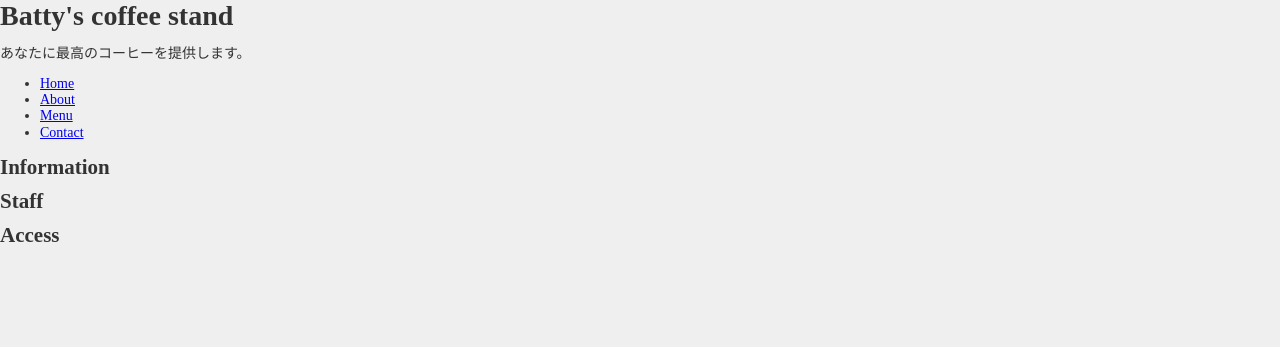
Repository: kai-hosoi/techboost
Page: html/batty_coffee_stand/index.html
The author's editor kept a record of every edit. The page is drawn from the files as they stood at one moment, then again after the next edit.
The browser window is 1280 px wide. The pictures show the whole page.

Above is the page before.

### html/batty_coffee_stand/index.html
<!DOCTYPE HTML>
<html>
  <head>
    <meta charset="UTF-8">
    <title>Batty's Coffee Stand</title>
    <link rel="stylesheet" href="css/normalize.css">
    <link rel="stylesheet" href="css/style.css">
  </head>
  <body>
    <header>
      <div class="container">
        <div class="header-title-area">
          <h1 class="logo">Batty's coffee stand</h1>
          <p class="text-sub">あなたに最高のコーヒーを提供します。</p>
          <ul class="header-navigation">
            <li><a href="#">Home</a></li>
            <li><a href="#">About</a></li>
            <li><a href="#">Menu</a></li>
            <li><a href="#">Contact</a></li>
          </ul>

        </div>
      </div>
    </header>
    <div class="main">
      <div class="container">
        <div class="left-contents">
          <div class="card-contents">
            <h2 class="text-title">Information</h2>
          </div>
          <div class="card-contents">
            <h2 class="text-title">Staff</h2>
          </div>
        </div>
        <div class="right-contents">
          <div class="card-contents">
            <h2 class="text-title">Access</h2>
          </div>
        </div>
      </div>
    </div>
  </body>
</html>

### html/batty_coffee_stand/css/style.css

body {
  background-color: #efefef;
  font-size: 14px;
  color: #333;
  margin: 0;
}

h1,h2,h3,h4,h5 {
  margin: 0 0 10px 0;
  padding: 0;
}

Loaded but not shown: html/batty_coffee_stand/css/normalize.css (library)

After the next edit:
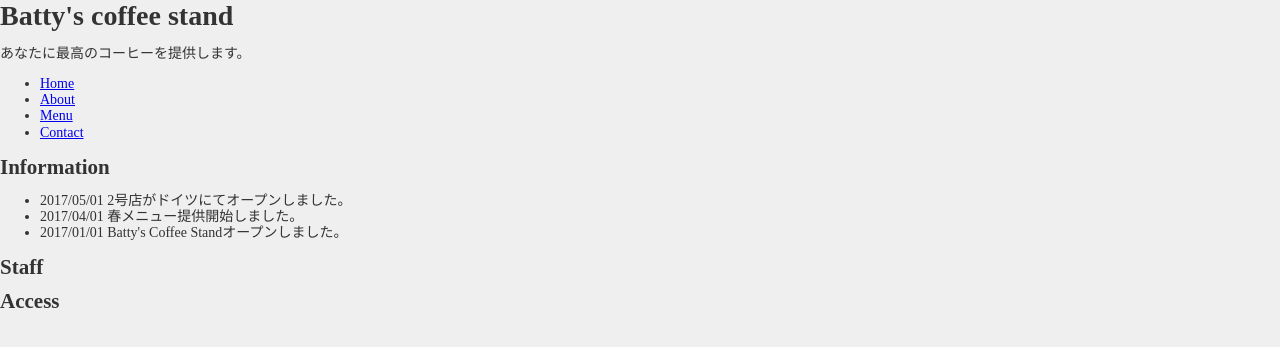
The edit:
--- a/html/batty_coffee_stand/index.html
+++ b/html/batty_coffee_stand/index.html
@@ -27,6 +27,11 @@
         <div class="left-contents">
           <div class="card-contents">
             <h2 class="text-title">Information</h2>
+            <ul class="information-list">
+              <li>2017/05/01 2号店がドイツにてオープンしました。</li>
+              <li>2017/04/01 春メニュー提供開始しました。</li>
+              <li>2017/01/01 Batty's Coffee Standオープンしました。</li>
+            </ul>
           </div>
           <div class="card-contents">
             <h2 class="text-title">Staff</h2>
